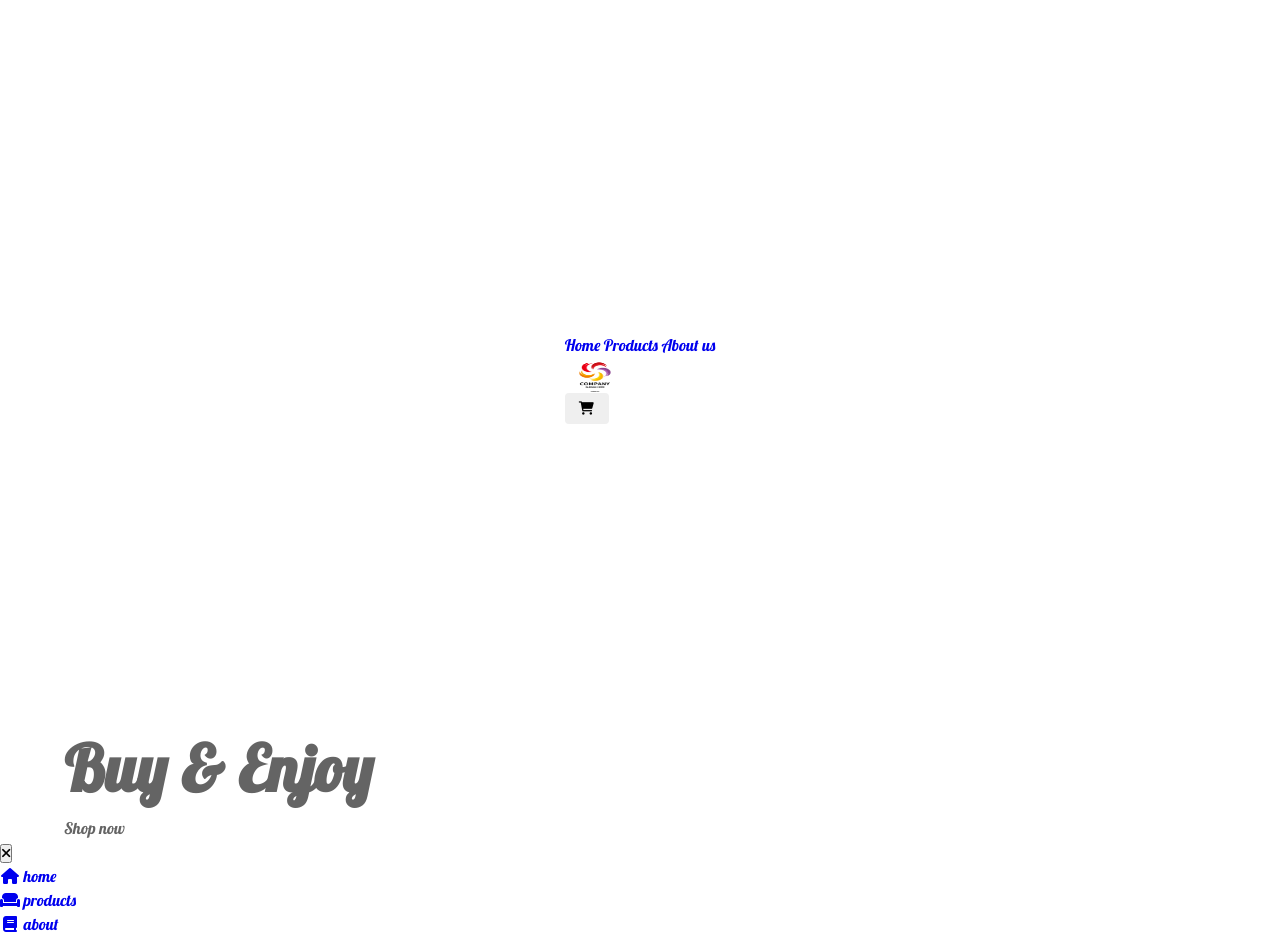
Repository: tetlisna/myprojectJS2
Page: index.html
The author's editor kept a copy of each file at every save. The page is drawn from the files as they stood at one save, then again after the next save.
The browser window is 1280 px wide. The pictures show the whole page.
Some web fonts or font styles are not loaded; a fallback is used.

Above is the page before, as saved 2022-09-04 20:06:14.

After the next save:
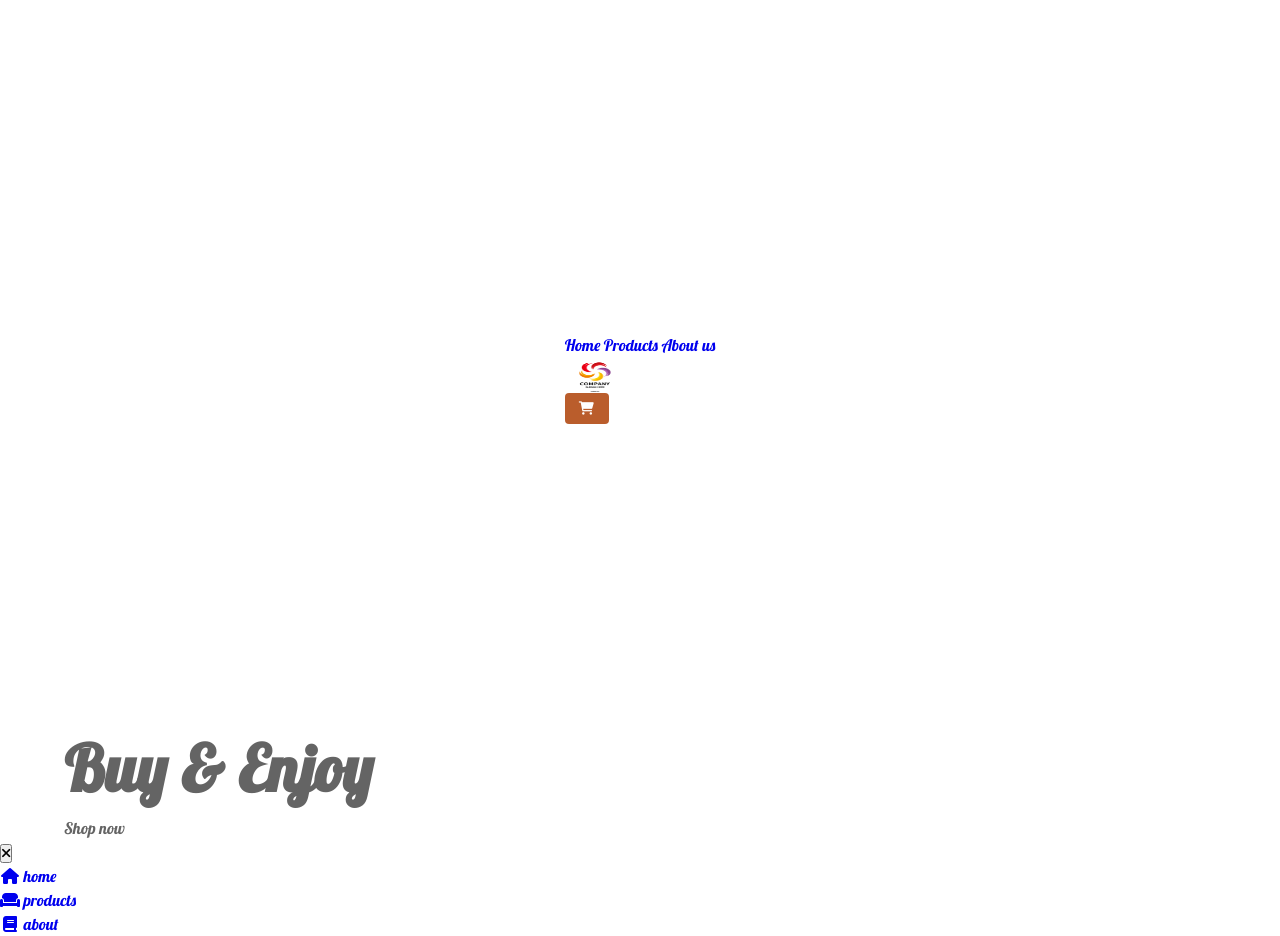
Saved 23 s later.
--- a/css/style.css
+++ b/css/style.css
@@ -107,8 +107,8 @@ p {
 
 }
 .cart-side {
-    /* background: var(--clr-primary-5); */
-    /* color: var(--clr-white); */
+    background: var(--clr-primary-5);
+    color: var(--clr-white);
     border-radius: var(--radius);
     padding: 0.375rem 0.75rem;
     letter-spacing: var(--spacing);
